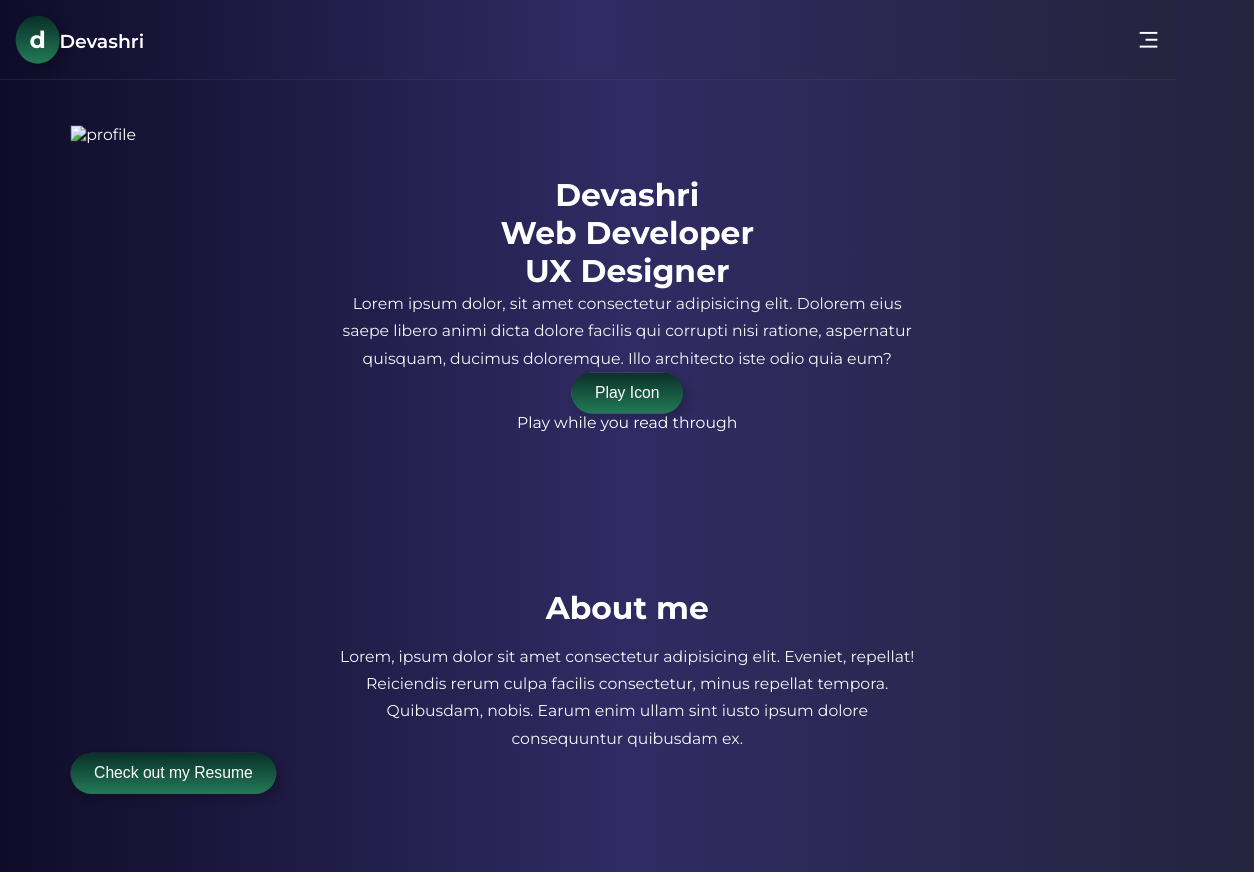
Repository: devashrisamani/devashrisamani.github.io
Page: index.html
The author's editor kept a copy of each file at every save. The page is drawn from the files as they stood at one save, then again after the next save.
The browser window is 1280 px wide. The pictures show the whole page, at 98% of full size.

Above is the page before, as saved 2025-09-24 18:42:52.

### index.html
<!DOCTYPE html>
<html lang="en">
  <head>
    <meta charset="UTF-8" />
    <meta http-equiv="X-UA-Compatible" content="IE=edge" />
    <meta name="viewport" content="width=device-width, initial-scale=1.0" />
    <title>Dev's portfolio</title>
    <link rel="preconnect" href="https://fonts.googleapis.com" />
    <link rel="preconnect" href="https://fonts.gstatic.com" crossorigin />
    <link
      href="https://fonts.googleapis.com/css2?family=Inter:ital,opsz,wght@0,14..32,100..900;1,14..32,100..900&family=Lora:ital,wght@0,400..700;1,400..700&family=Montserrat:ital,wght@0,100..900;1,100..900&family=Sacramento&display=swap"
      rel="stylesheet"
    />
    <link
      href="https://cdn.jsdelivr.net/npm/remixicon@3.5.0/fonts/remixicon.css"
      rel="stylesheet"
    />
    <link rel="stylesheet" href="/css/styles.css" />
  </head>
  <body>
    <nav>
      <div class="nav__bar">
        <a href="#"><span class="logo nav_logo">d</span>Devashri</a>
        <div class="nav__menu__btn" id="menu-btn">
          <!-- Icons from remix icon -->
          <i class="ri-menu-3-line"></i>
        </div>
      </div>
      <ul class="nav__links" id="nav-links">
        <li><a href="#home">Home</a></li>
        <li><a href="#about">About</a></li>
        <li><a href="#service">Service</a></li>
        <li><a href="#portfolio">Portfolio</a></li>
        <li><a href="#contact" class="btn">Contact</a></li>
        <a href="#contact" class="btn btn__large">Contact</a>
      </ul>
    </nav>
    <header class="section__container header__container" id="home">
      <div class="header__image">
        <img src="#" alt="profile" />
      </div>
      <div class="header__content">
        <div>
          <h1>
            Devashri <br />
            Web Developer <br />
            UX Designer
          </h1>
        </div>
        <p class="section__description">
          Lorem ipsum dolor, sit amet consectetur adipisicing elit. Dolorem eius
          saepe libero animi dicta dolore facilis qui corrupti nisi ratione,
          aspernatur quisquam, ducimus doloremque. Illo architecto iste odio
          quia eum?
        </p>
        <div class="header__btn">
          <button class="btn">Play Icon</button>
        </div>
        <p>Play while you read through</p>
      </div>
    </header>

    <section class="section__container about__container" id="about">
      <div class="about__image"></div>
      <div class="about__content">
        <h2 class="section__header">About me</h2>
        <p class="section__description">
          Lorem, ipsum dolor sit amet consectetur adipisicing elit. Eveniet,
          repellat! Reiciendis rerum culpa facilis consectetur, minus repellat
          tempora. Quibusdam, nobis. Earum enim ullam sint iusto ipsum dolore
          consequuntur quibusdam ex.
        </p>
        <div class="about__btn">
          <button class="btn">Check out my Resume</button>
        </div>
      </div>
    </section>
  </body>
</html>

### css/styles.css
/* Font Variables */
:root {
  --font-sacramento: "Sacramento", cursive;
  --font-lora: "Lora", serif;
  --font-inter: "Inter", serif;
  --font-montserrat: "Montserrat", sans-serif;
}

/* Color Variables */

:root {
  --primary-color: #093028;
  --secondary-color: #237a57;
  --extra-light: #f3f4f6;
  --white: #ffffff;
  --gradient-1: linear-gradient(to right, #0f0c29, #302b63, #24243e);
  --gradient-2: linear-gradient(
    to bottom,
    var(--primary-color),
    var(--secondary-color)
  );
  --max-width: 1200px;
}

* {
  padding: 0;
  margin: 0;
  box-sizing: border-box;
}

html,
body {
  scroll-behavior: smooth;
}

body {
  font-family: "Montserrat", sans-serif;
  color: var(--white);
  background-image: var(--gradient-1);
}

.section__container {
  max-width: var(--max-width);
  margin: auto;
  padding: 5rem 2rem;
}

.section__header {
  margin-bottom: 1rem;
  font-size: 2rem;
  font-weight: 700;
  text-align: center;
}

.btn {
  padding: 0.75rem 1.5rem;
  font-size: 1rem;
  font-weight: 500;
  color: var(--white);
  background-image: var(--gradient-2);
  outline: none;
  border: none;
  border-radius: 5rem;
  cursor: pointer;
  box-shadow: 5px 5px 10px rgba(0, 0, 0, 0.2);
}

/* Navbar - Change the logo later */
.logo {
  display: inline-block;
  padding: 10px 14px;
  font-size: 1.5rem;
  font-weight: 700;
  color: var(--white);
  background-image: var(--gradient-2);
  border-radius: 100%;
  box-shadow: 5px 5px 10px rgba(0, 0, 0, 0.2);
}

nav {
  position: fixed;
  isolation: isolate;
  top: 0;
  width: 100%;
  max-width: var(--max-width);
  margin: auto;
  z-index: 9;
}

.nav__bar {
  padding: 1rem;
  display: flex;
  align-items: center;
  justify-content: space-between;
  gap: 2rem;
  background-image: var(--gradient-1);
}

.nav__logo {
  padding: 9px 12px;
  font-size: 1.2rem;
}

.nav__bar a {
  font-size: 1.2rem;
  font-weight: 600;
  color: var(--white);
}

.nav__menu__btn {
  font-size: 1.5rem;
  color: var(--white);
  cursor: pointer;
}

.nav__links {
  list-style: none;
  position: absolute;
  width: 100%;
  padding: 2rem;
  display: flex;
  flex-direction: column;
  align-items: center;
  gap: 2rem;
  background-image: var(--gradient-2);
  transform: translateY(-100%);
  transition: 0.5s;
  z-index: -1;
}

.nav__links.open {
  transform: translateY(0);
}

.nav__links a {
  color: var(--white);
  transition: 0.3s;
}

.nav__links a:hover {
  color: var(--white);
}

.btn__large {
  display: none;
}

/* About */

img {
  width: 100%;
  display: flex;
}

.section__description {
  max-width: 600px;
  margin-inline: auto;
  color: var(--extra-light);
  text-align: center;
  line-height: 1.75rem;
}

a {
  text-decoration: none;
}

/* Header Container */

.header__container {
  padding-top: 8rem;
  display: grid;
  gap: 2rem;
  isolation: isolate;
}

.header__content {
  text-align: center;
}

After the next save:
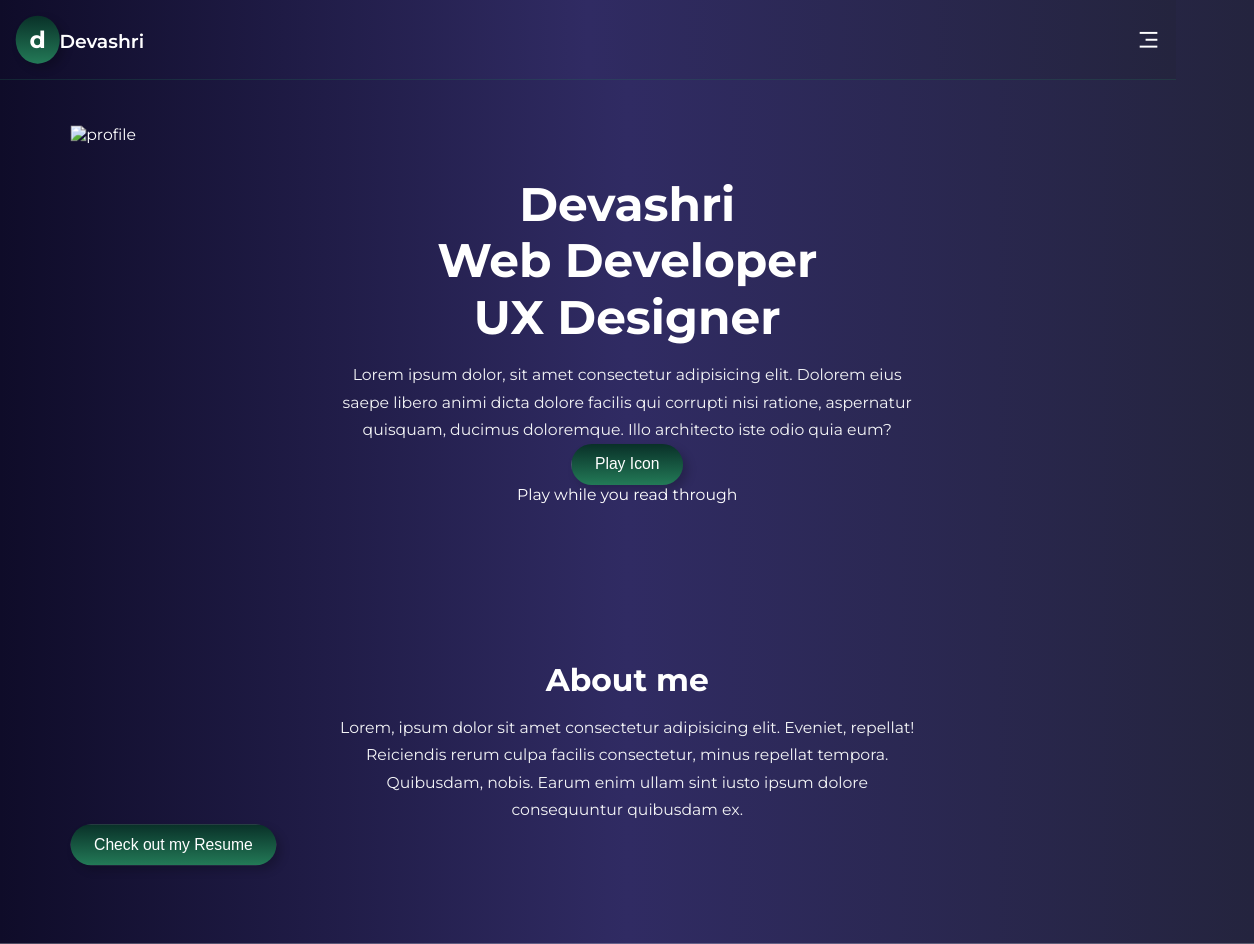
Saved 60 s later.
--- a/css/styles.css
+++ b/css/styles.css
@@ -176,3 +176,9 @@ a {
 .header__content {
   text-align: center;
 }
+
+.header__content h1 {
+  margin-bottom: 1rem;
+  font-size: 3rem;
+  text-align: center;
+}
